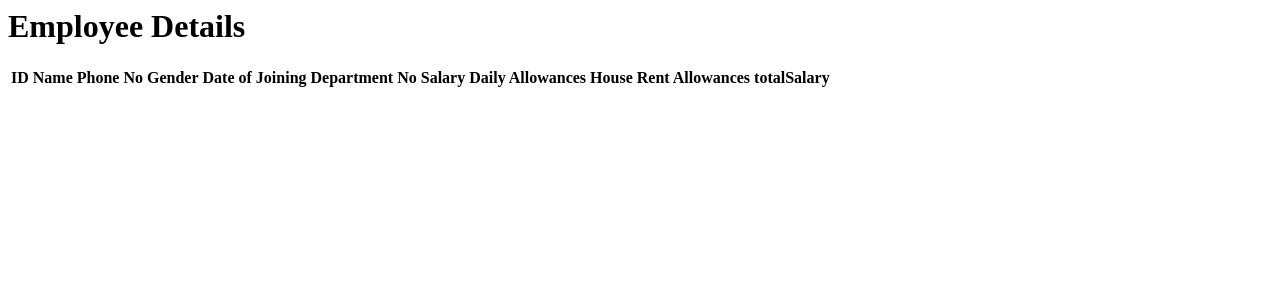
Repository: Aaru91/spring-boot
Page: http://localhost/EmployeeDetails
The author's editor kept a copy of each file at every save. The page is drawn from the files as they stood at one save, then again after the next save.
The browser window is 1280 px wide. The pictures show the whole page.
The page is this project's Thymeleaf template; nobody is signed in. The template is opened directly, without the code that normally fills it, so the values that code supplies are empty.

Above is the page before, as saved 2024-12-22 16:31:40.

After the next save:
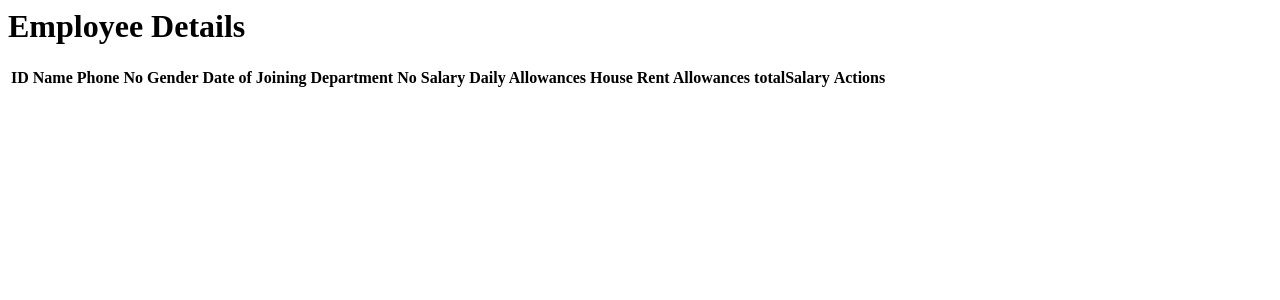
Saved 64 s later.
--- a/SpringBootMVCEmployee/src/main/resources/templates/EmployeeDetails.html
+++ b/SpringBootMVCEmployee/src/main/resources/templates/EmployeeDetails.html
@@ -18,6 +18,7 @@
 		                <th>Daily Allowances</th>
 		                <th>House Rent Allowances</th>
 		                <th>totalSalary</th>
+						<th>Actions</th>
 		           </tr>
 		    </thead>
 			<tbody>
